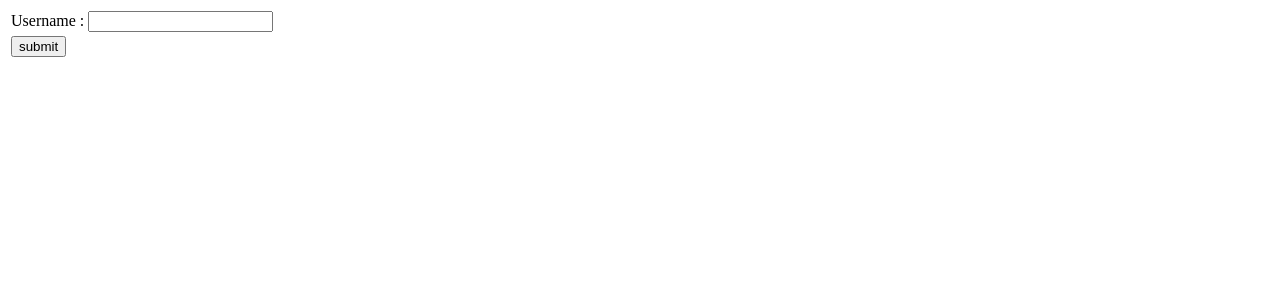
Repository: akale1992/Learning-HIBERNATE-SERVLETS
Page: servletconfig/WebContent/index.html
The author's editor kept a copy of each file at every save. The page is drawn from the files as they stood at one save, then again after the next save.
The browser window is 1280 px wide. The pictures show the whole page.

Above is the page before, as saved 2015-09-07 04:28:13.

### servletconfig/WebContent/index.html
<!DOCTYPE html>
<html>
<head>
<meta charset="ISO-8859-1">
<title></title>
</head>
<body>
<form action="do" method="post">
<table>
<tr><td>Username :
<input type="text" name="un" ></td></tr>
<tr><td>
<input type="submit" value="submit"></td></tr>
</table>
</form>
</body>
</html>

After the next save:
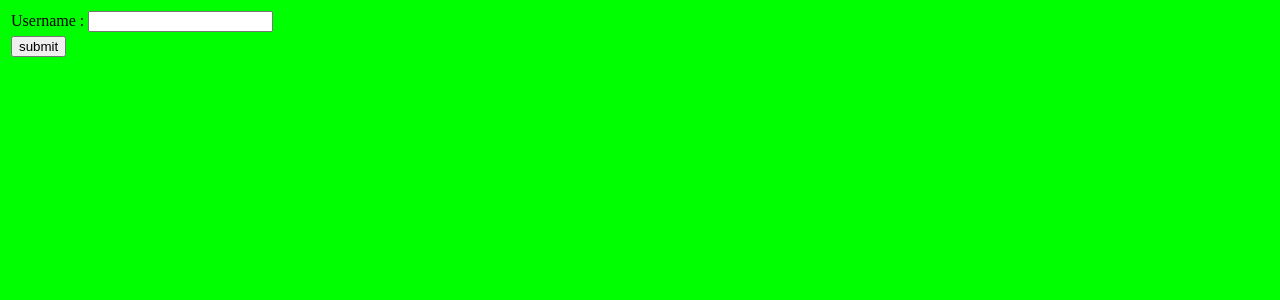
Saved 3 min 21 s later.
--- a/servletconfig/WebContent/index.html
+++ b/servletconfig/WebContent/index.html
@@ -4,7 +4,7 @@
 <meta charset="ISO-8859-1">
 <title></title>
 </head>
-<body>
+<body bgcolor="lime">
 <form action="do" method="post">
 <table>
 <tr><td>Username :
